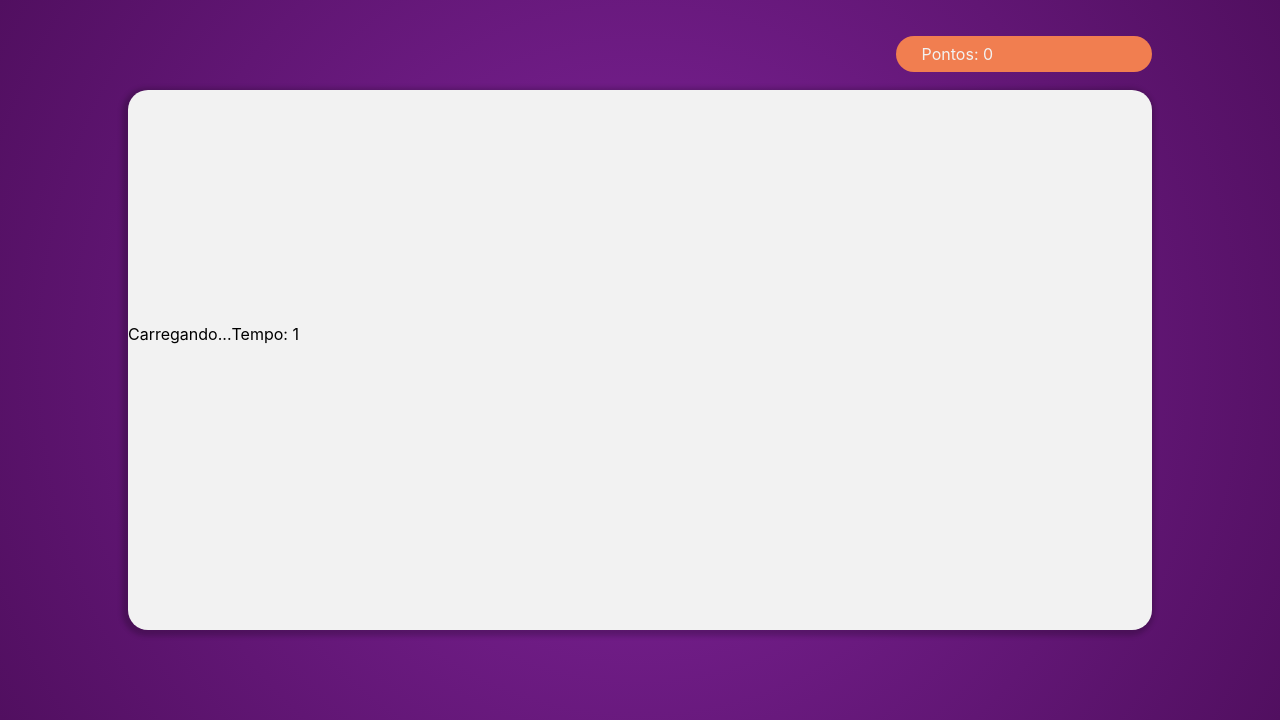
Repository: gabrielejandres/bd-final-project
Page: /play (app in frontend/)
The author's editor kept a copy of each file at every save. The page is drawn from the files as they stood at one save, then again after the next save.
The browser window is 1280 px wide. The pictures show the whole page.
The project was rebuilt for these pictures with package versions that can differ from the ones it lists, and the page was loaded fresh each time. Also part of the build but not shown: frontend/src/App.css, frontend/src/components/Button/index.jsx, frontend/src/components/Logo/style.css, frontend/src/components/Logo/index.jsx, frontend/src/components/Footer/Login/index.jsx, frontend/src/pages/Login/index.jsx, frontend/src/components/Footer/Home/style.css, frontend/src/components/Footer/Home/index.jsx and 1 more.

Above is the page before, as saved 2022-03-05 22:06:15.

### frontend/src/App.js
import './App.css';
import Login from './pages/Login/index.jsx'
import Home from './pages/Home/index.jsx'
import Play from './pages/Play/index.jsx';
import {BrowserRouter, Route, Routes} from 'react-router-dom';


function App() {
  return (
    <div>
      <BrowserRouter>
          <Routes>
            <Route path="/login" element={<Login/>}/>
            <Route path="/" element={<Home/>}/>
            <Route path="/play" element={<Play/>}/>
          </Routes>
      </BrowserRouter>
    </div>
  );
}

export default App;

### frontend/src/pages/Play/index.jsx
import { useEffect, useState } from 'react'
import './style.css'

export default function Play(){

  const [score, setScore] = useState(0)
  const [question, setQuestion] = useState('Carregando...')
  const [options, setOptions] = useState(['alo', 'teste', 'sim', 'não'])
  const [answer, setAnswer] = useState('a')

  useEffect(()=>{

  }, [score])

  return (
    <div className="main-page">
      <div className="score">
        <div className="score-text">Pontos: {score}</div>
      </div>
      <div className="game-container">
        <div className="game-header">
          <div className="game-question">
            {question}
          </div>
          <div className="game-timer">
            Tempo: 1
          </div>
        </div>
        <div className="game-content">
          {options.map((option) => {
              <div className="game-options">
                {option}
              </div>
            })}
        </div>
      </div>
    </div>
  )
}

### frontend/src/pages/Login/style.css
@import url('https://fonts.googleapis.com/css2?family=Montserrat:wght@100;400;700;900&display=swap');

:root {
    --color-brand-primary: #510F60;
    --color-brand-secondary: #F17E50;

    --color-neutral-lightest: #F2F2F2;
    --color-neutral-medium: rgba(133,133,133, 1);
    --color-neutral-darkest: #363636;

    --primary-brand-font: 'Montserrat', sans-serif;
}

.main-page {
  background-image: radial-gradient(circle, #81249C, var(--color-brand-primary));

  height: 100vh;

  display: flex;
  justify-content: center;
  align-items: center;
}

.logo img {
  height: 15vh;

  display: flex;
  justify-content: center;
  align-items: center;
}

.container-login {
  width: 40vw;
  height: 60vh;

  display: flex;
  align-items: center;
  justify-content: center;
  flex-direction: column;

  background-color: var(--color-neutral-lightest);

  border-radius: 20px;
  box-shadow: -2px 2px 5px 4px rgba(0,0,0,0.2) ;
}

.access-area {
  display: flex;
  justify-content: center;

  width: 35vw;
}

.user-interaction {
  display: flex;
  align-items: center;
  flex-direction: column;
  justify-content: center;

  margin-left: 1.5vw;
}

.profile {
  width: auto;
  height: auto;

  margin-top: 30px;
  margin-bottom: 50px;
}

.profile img {
  height: 150px;
  width: auto;
}

.input{
  border-radius: 10px;
  border: 1px solid var(--color-neutral-medium);

  height: 24px;
  width: 12vw;

  margin-bottom: 2.5vh;
  padding: 1vh;

  background-color: rgba(133,133,133, 0.2);

  font-family: var(--primary-brand-font);
}

input:focus {
  outline: none;
}

.container-footer {
  width: 100%;

  display: flex;
  align-items: center;
  justify-content: center;
}

.continue-button {
  display: flex;
  align-items: center;
  justify-content: center;
}

### frontend/src/pages/Home/style.css
@import url('https://fonts.googleapis.com/css2?family=Montserrat:wght@100;400;700;900&display=swap');

:root{
    --color-brand-primary: #510F60;
    --color-brand-secondary: #F17E50;
    --color-neutral-lightest: #F2F2F2;
    --primary-brand-font: 'Montserrat', sans-serif;
}

.container{
    width: 35vw;
    height: 65vh;
    display: flex;
    align-items: center;
    justify-content: center;
    flex-direction: column;
    background-color: var(--color-neutral-lightest);
    border-radius: 20px;
    box-shadow: -2px 2px 5px 4px rgba(0,0,0,0.2) ;
    color: var(--color-neutral-darkest);
}

.container-content{
    display: flex;
    flex-direction: column;
    align-items: center;
    height: 80%;
    margin-top: 50px;
}

.buttons-area{
    display: flex;
    flex-direction: column;
    height: 26vh;
    align-items: center;
    justify-content: space-evenly;
    width: 100%;
    margin-top: 5.5vh;
}

.logo {
    width: 35vw;
    display: flex;
    justify-content: center;
    align-items: center;
}

### frontend/src/pages/Play/style.css
:root{
  --color-neutral-lightest: #F2F2F2;
}

.game-container{
  width: 80vw;
  height: 75vh;
  display: flex;
  align-items: center;
  justify-content: center;
  flex-direction: column;
  background-color: var(--color-neutral-lightest);
  border-radius: 20px;
  box-shadow: -2px 2px 5px 4px rgba(0,0,0,0.2) ;
}

.score{
  position: absolute;
  right: 10vw;
  top: 5vh;
  width: 20vw;
  height: 5vh;
  background-color: var(--color-brand-secondary);
  display: flex;
  align-items: center;
  border-radius: 20px;
}

.score-text{
  margin-left: 2vw;
  color: var(--color-neutral-lightest);
}

.game-header{
  display: flex;
  align-items: flex-start;
  height: 10vh;
  width: 100%;
}

### frontend/src/components/Button/style.css
@import url('https://fonts.googleapis.com/css2?family=Montserrat:wght@100;400;500;700;900&display=swap');

:root{
    --color-brand-primary: #510F60;
    --color-brand-secondary: #F17E50;

    --color-neutral-lightest: #F2F2F2;
    --color-neutral-darkest: #363636;

    --primary-brand-font: 'Montserrat', sans-serif;
}

.button {
  cursor: pointer;
  border-radius:30px;
  line-height: 2.5rem;
  font-family: var(--primary-brand-font);
  font-weight: 500;
  height: 4vh;
  display: flex;
  align-items: center;
  justify-content: center;

  border: 1px solid var(--color-neutral-lightest);
  background-image: linear-gradient(-180deg, var(--color-brand-secondary) 0%, #E66038 100%);
  box-shadow: 0 0 0.25rem 0 grey,
              0 -0.25rem 1.5rem rgba(255, 255, 255, 0.1) inset,
              0 0.75rem 0.5rem rgba(255,255,255, 0.4) inset,
              0 0.25rem 0.5rem 0 rgba(255, 255, 255, 0.3) inset;

  color: var(--color-neutral-lightest);

  padding: 2.5vh;
}

### frontend/src/components/Footer/Login/style.css
@import url('https://fonts.googleapis.com/css2?family=Montserrat:wght@100;400;700;900&display=swap');

:root {
    --color-brand-primary: #510F60;
    --color-brand-secondary: #F17E50;

    --color-neutral-lightest: #F2F2F2;
    --color-neutral-medium: rgba(133,133,133, 1);
    --color-neutral-darkest: #363636;

    --primary-brand-font: 'Montserrat', sans-serif;
}

.text-login hr{
    width: 6vw;
    border: 0;
    height: 1.90px;
    background-color: grey;
    margin-top: 1.2vh;
    margin-left: 0.5vw;
    margin-right: 0.5vw;
}

.text-login {
    display: flex;
    justify-content:center;
    align-items: center;

    color: var(--color-neutral-darkest);

    font-family: var(--primary-brand-font);
}

.login-icons {
    display: flex;
    justify-content: center;
}

.login-icons img {
    width: auto;
    height: 35px;

    padding: 0.5vw;
}

Loaded but not shown: frontend/public/index.html (common file); frontend/src/index.js (common file); frontend/src/index.css (common file)

After the next save:
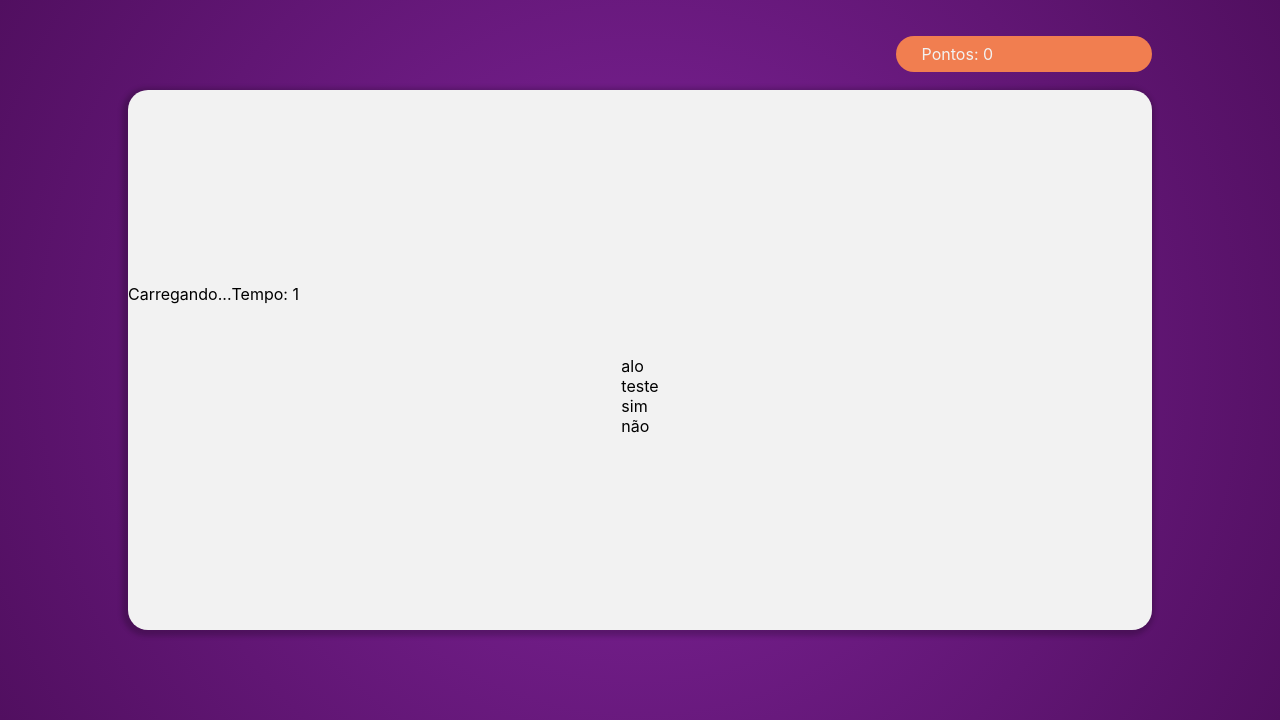
Saved 22 s later.
--- a/frontend/src/pages/Play/index.jsx
+++ b/frontend/src/pages/Play/index.jsx
@@ -28,9 +28,11 @@ export default function Play(){
         </div>
         <div className="game-content">
           {options.map((option) => {
+            return(
               <div className="game-options">
                 {option}
               </div>
+            )
             })}
         </div>
       </div>
